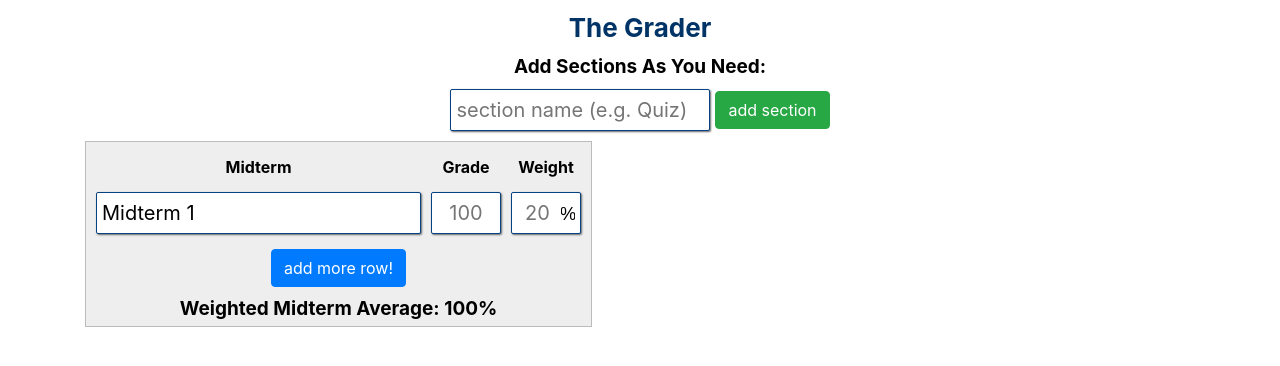
Repository: BarishNamazov/BarishNamazov.github.io
Page: thegrader/index.html
The author's editor kept a copy of each file at every save. The page is drawn from the files as they stood at one save, then again after the next save.
The browser window is 1280 px wide. The pictures show the whole page.

Above is the page before, as saved 2020-10-31 18:24:04.

### thegrader/index.html
<!doctype html>
<html lang="en">
  <head>
    <meta charset="utf-8">
    <meta name="viewport" content="width=device-width, initial-scale=1, shrink-to-fit=no">

    <!-- Bootstrap CSS -->
    <link rel="stylesheet" href="https://cdn.jsdelivr.net/npm/bootstrap@4.5.3/dist/css/bootstrap.min.css" integrity="sha384-TX8t27EcRE3e/ihU7zmQxVncDAy5uIKz4rEkgIXeMed4M0jlfIDPvg6uqKI2xXr2" crossorigin="anonymous">

    <!-- Custon CSS -->
    <link rel="stylesheet" href="app.css">

    <title>The Grader</title>
  </head>
  <body>
    <div class="container">
      <div class="row">
        <div class="col-lg-12">
          <h1>The Grader</h1>

          <h3>Add Sections As You Need:</h3>

          <div class="divSectionAdder">
            <input type="text" class="sectionName" placeholder="section name (e.g. Quiz)"><button valign="center" class="btn btn-success sectionAdder" id="sectionAdder">add section</button>
          </div>

          <table class="gradePanel">
            <tbody>
              <tr>
                <td>
                  <table>
                    <tbody>
                      <tr class="rowHeader">
                        <td class="tableHeader tableName"><strong>Midterm</strong></td>
                        <td class="tableHeader"><strong>Grade</strong></td>
                        <td class="tableHeader"><strong>Weight</strong></td>
                      </tr>
                      <tr>
                        <td><input type="text" class="gradeName" value="Midterm 1"></td>
                        <td><input type="text" class="gradeValue" placeholder="100"></td>
                        <td><input type="text" class="gradeWeight percentIcon" placeholder="20"></td>
                      </tr>
                    </tbody>
                  </table>

                  <div class="moreRows"></div>

                  <button class="btn btn-primary rowAdder" id="section1RowAdder">add more row!</button>

                  <div class="gradeBar">
                    <h3>
                      Weighted <span class="nameOfSection">Midterm</span> Average: <span class="sectionAverage">100</span>%
                    </h3>
                  </div>
                </td>
              </tr>
            </tbody>
          </table>
          <div class="moreSections"></div>
        </div>
      </div>
    </div>



    <script src="https://code.jquery.com/jquery-3.5.1.slim.min.js" integrity="sha384-DfXdz2htPH0lsSSs5nCTpuj/zy4C+OGpamoFVy38MVBnE+IbbVYUew+OrCXaRkfj" crossorigin="anonymous"></script>
    <script src="https://cdn.jsdelivr.net/npm/bootstrap@4.5.3/dist/js/bootstrap.bundle.min.js" integrity="sha384-ho+j7jyWK8fNQe+A12Hb8AhRq26LrZ/JpcUGGOn+Y7RsweNrtN/tE3MoK7ZeZDyx" crossorigin="anonymous"></script>
    <script src="https://code.jquery.com/jquery-3.5.1.min.js" integrity="sha256-9/aliU8dGd2tb6OSsuzixeV4y/faTqgFtohetphbbj0=" crossorigin="anonymous"></script>
    <script src="scripts.js"></script>
  </body>
</html>

### thegrader/app.css
body,p,td,div,input,th,li,textarea{font-size:16px;color:#000;}

body{background:#fff;margin:0px;padding:0px;border:0;text-align: center;}

h1 {
  text-align: center;
  color: blue;
}
.divSectionAdder{
  margin: 10px auto;
  display: flex;
  align-items: center;
  justify-content: center;
}
.sectionName{
  margin-right: 5px;
  width: 260px;
}
.gradePanel{
	background:#eee;
	border: solid 1px #bbbbbb;
  padding: 10px;
  margin-bottom: 10px;
}
td{
  padding: 5px;
}

h1{color:#003366;font-size:26px;font-weight:bold;padding:0;margin:12px 0;}
#resulth1{background-color:#ffefe7;padding:0px 5px 0px 5px;border-top:#930 1px dotted;}
h2{font-size:22px;font-weight:bold;color:#003366;padding:0; margin-bottom: 2px;}
h3{font-size:19px;font-weight:bold;}
hr{border:0;color:#aaa;background-color:#aaa;height:1px;}
a{color:#069;text-decoration:underline;}
a:hover{text-decoration:none;}
input{padding: 5px;color:#000;}
select{padding: 4px;color:#000;}
option{font-size:16px;}
input[type=text],
input[type=number],
select {
	border: 1px solid #044284;
	border-radius: 2px;
	box-shadow: 1px 1px 2px #666;
	font-size:20px;
}

.tableHeader{
  text-align: center;
}
.rowHeader{
  height: 40px;
}
.gradeWeight, .gradeValue{
  text-align:center;
  width: 70px;
}
.percentIcon{
	background: white url('media/percent.svg') right 5px center no-repeat;
  padding-right: 22px;
}
.rowAdder{
  margin: 10px auto;
}
h3{
  display: inline;
}

### thegrader/scripts.js
var newRow = "<table><tbody><tr><td><input type=\"text\" class=\"gradeName\" value=\"Midterm X\" autocomplete=\"off\"></td><td><input type=\"text\" class=\"gradeValue\"></td><td><input type=\"text\" class=\"gradeWeight percentIcon\"></td></tr></tbody></table>\n ";

var newSection = "<table class=\"gradePanel\"> <tbody> <tr> <td> <table> <tbody> <tr class=\"rowHeader\"> <td class=\"tableHeader tableName\"><strong>Midterm</strong></td> <td class=\"tableHeader\"><strong>Grade</strong></td> <td class=\"tableHeader\"><strong>Weight</strong></td> </tr> <tr> <td><input type=\"text\" class=\"gradeName\" value=\"Midterm 1\" autocomplete=\"off\"></td> <td><input type=\"text\" class=\"gradeValue\" placeholder=\"100\"></td> <td><input type=\"text\" class=\"gradeWeight percentIcon\" placeholder=\"20\"></td> </tr> </tbody> </table> <div class=\"moreRows\"></div> <button class=\"btn btn-primary rowAdder\">add more row!</button> </td> </tr> </tbody> </table>";

$("input").attr("autocomplete", "off");

if (!String.prototype.splice) {
  String.prototype.splice = function(start, delCount, newSubStr) {
      return this.slice(0, start) + newSubStr + this.slice(start + Math.abs(delCount));
  };
}

var sectionCount = 1;

function rowAdder(){
  var idx = $(this).parents(".gradePanel").find("table").length + 1;
  var namePanel = $(this).parents(".gradePanel").find(".tableName").text();
  var editedRow = newRow.replace("Midterm X", namePanel + " " + idx);
  $(this).parents(".gradePanel").find(".moreRows").before(editedRow);
}
$(".rowAdder").on("click", rowAdder);

function sectionAdder(dir){
  var x = (typeof dir == "string") ? $(dir) : $(this);
  var sectionInputName = $(".sectionName").val();
  if (!sectionInputName) return;
  var editedSection = newSection.replaceAll("Midterm", sectionInputName);

  $(".moreSections").before(editedSection);

  $(".rowAdder").eq(sectionCount++).on("click", rowAdder);

  $(".sectionName").val(null);
}


$(".sectionAdder").on("click", sectionAdder);
$(".sectionName").on("keypress", function(e) {
  if (e.which == 13) {
    sectionAdder(".sectionName");
  }
})

function updateSectionGrade() {
  var section = $(this).parents(".gradePanel");
  var grades = section.find(".gradeValue"), weights = section.find(".gradeWeight");
  var contribution = 0.0;
  for (var i = 0; i < grades.length; i++) {
    // console.log(grades[i]);
    console.log(weights[i]);
    contribution += Number(grades[i].value) * Number(weights[i].value) / 100.0;
  }
  section.find(".sectionAverage").text(contribution);
}

$(".gradeValue").change(updateSectionGrade);
$(".gradeWeight").change(updateSectionGrade);

After the next save:
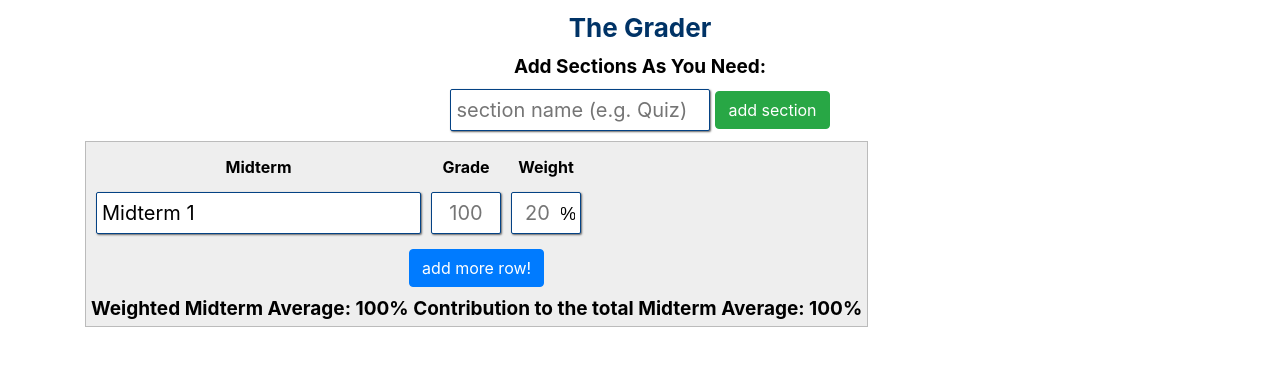
Saved 16 s later.
--- a/thegrader/index.html
+++ b/thegrader/index.html
@@ -50,6 +50,7 @@
                   <div class="gradeBar">
                     <h3>
                       Weighted <span class="nameOfSection">Midterm</span> Average: <span class="sectionAverage">100</span>%
+                      Contribution to the total  <span class="nameOfSection">Midterm</span> Average: <span class="sectionAverage">100</span>%
                     </h3>
                   </div>
                 </td>
